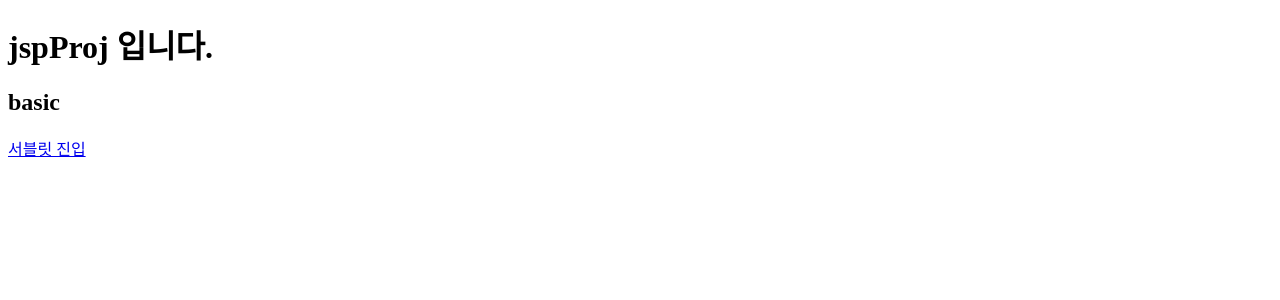
Repository: pshho/newJspProject
Page: http://localhost/JspProj/
An editor plug-in stored every save of this project. The page is shown before and after the next save, followed by the edit.
The browser window is 1280 px wide. The pictures show the whole page.
The page is served by Tomcat 9. Other server files are loaded and not shown.

Above is the page before, as saved 2023-07-25 03:39:27.

### JspProj/src/main/webapp/index.jsp
<%@ page language="java" contentType="text/html; charset=UTF-8"
    pageEncoding="UTF-8"%>
<!DOCTYPE html>
<html>
<head>
<meta charset="UTF-8">
<title>jspProj 입니다.</title>
</head>
<body>
	<h1>jspProj 입니다.</h1>
	<h2>basic</h2>
	<a href="basic/First">서블릿 진입</a>
</body>
</html>

After the next save:
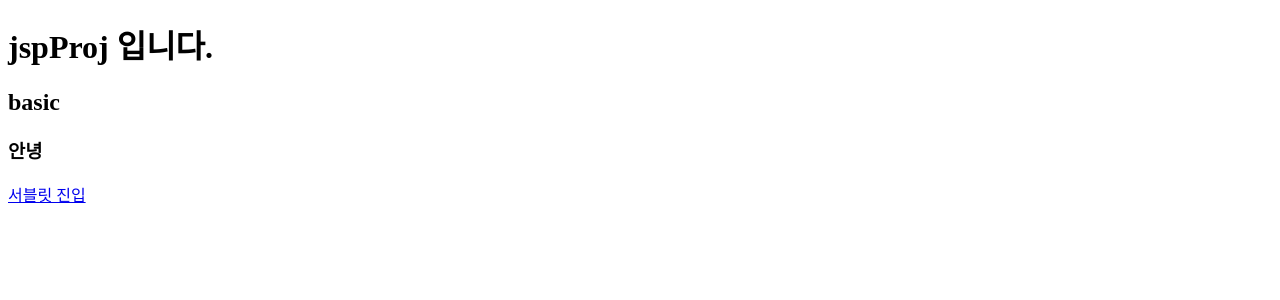
Saved 8 s later.
--- a/JspProj/src/main/webapp/index.jsp
+++ b/JspProj/src/main/webapp/index.jsp
@@ -9,6 +9,7 @@
 <body>
 	<h1>jspProj 입니다.</h1>
 	<h2>basic</h2>
+	<h3>안녕</h3>
 	<a href="basic/First">서블릿 진입</a>
 </body>
 </html>
